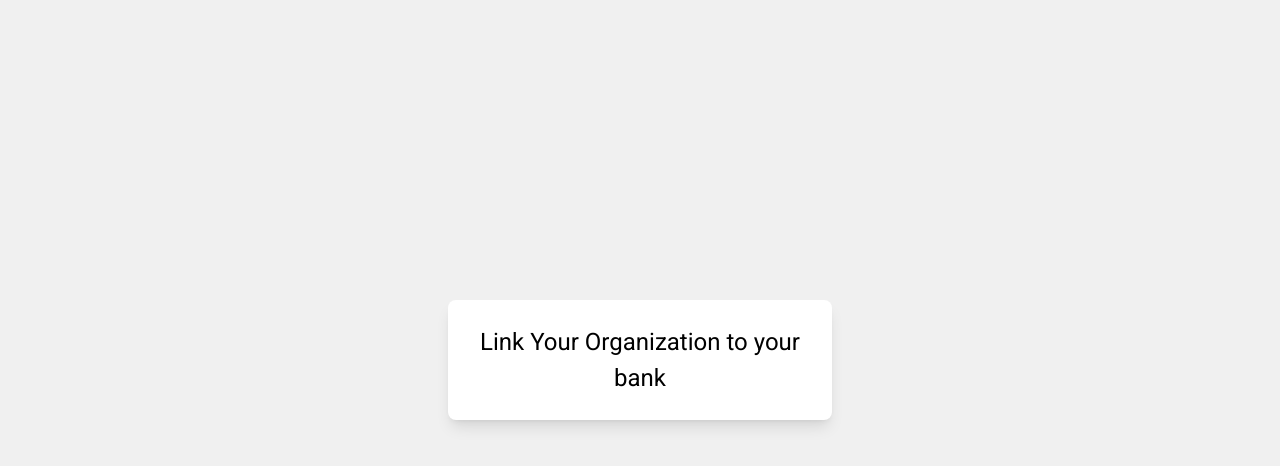
Repository: Nathan-spec/link_to_org
Page: /
The author's editor kept a copy of each file at every save. The page is drawn from the files as they stood at one save, then again after a run of saves.
The browser window is 1280 px wide. The pictures show the whole page.
The project was rebuilt for these pictures with package versions that can differ from the ones it lists, and the page was loaded fresh each time. The framework's server and built-in components were replaced by stand-ins that run in the browser. Also part of the build but not shown: next.config.ts.

Above is the page before, as saved 2024-10-25 13:10:13.

After the next 2 saves:
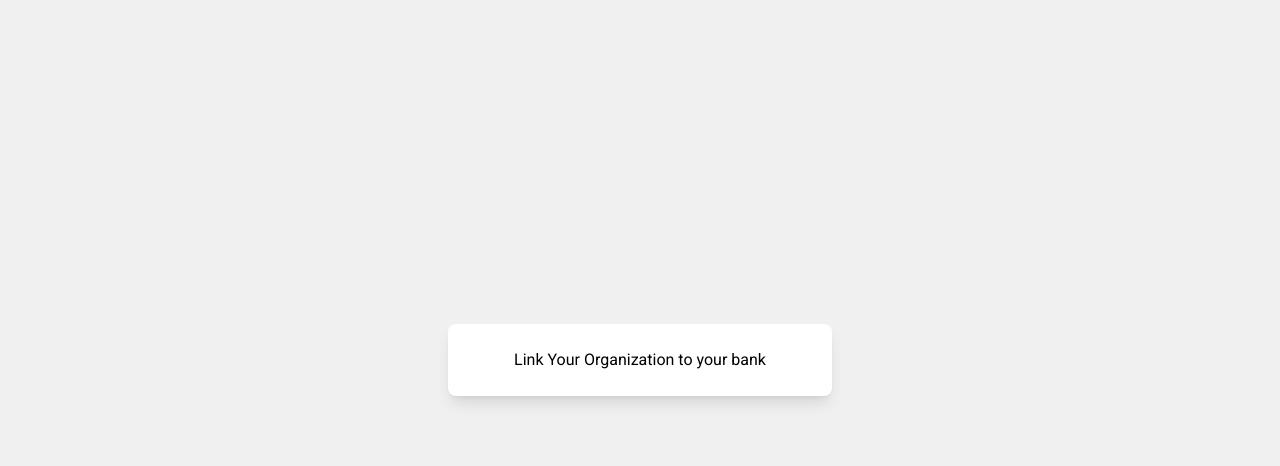
The 2 saves are shown as one change because they came seconds apart.
The last was saved 49 s later.
--- a/app/page.tsx
+++ b/app/page.tsx
@@ -14,7 +14,7 @@ export default function Home() {
     >
       <div className={`w-96 p-6 bg-white rounded-lg shadow-lg ${roboto.className}`}>
       {/* Inner card component */}
-       <h1 style={{fontSize: '24px', color: 'black', textAlign: 'center', }}> Link Your Organization to your bank </h1>
+       <h1 style={{fontSize: '16px', color: 'black', textAlign: 'center', }}> Link Your Organization to your bank </h1>
       </div>
     </div>
   );
